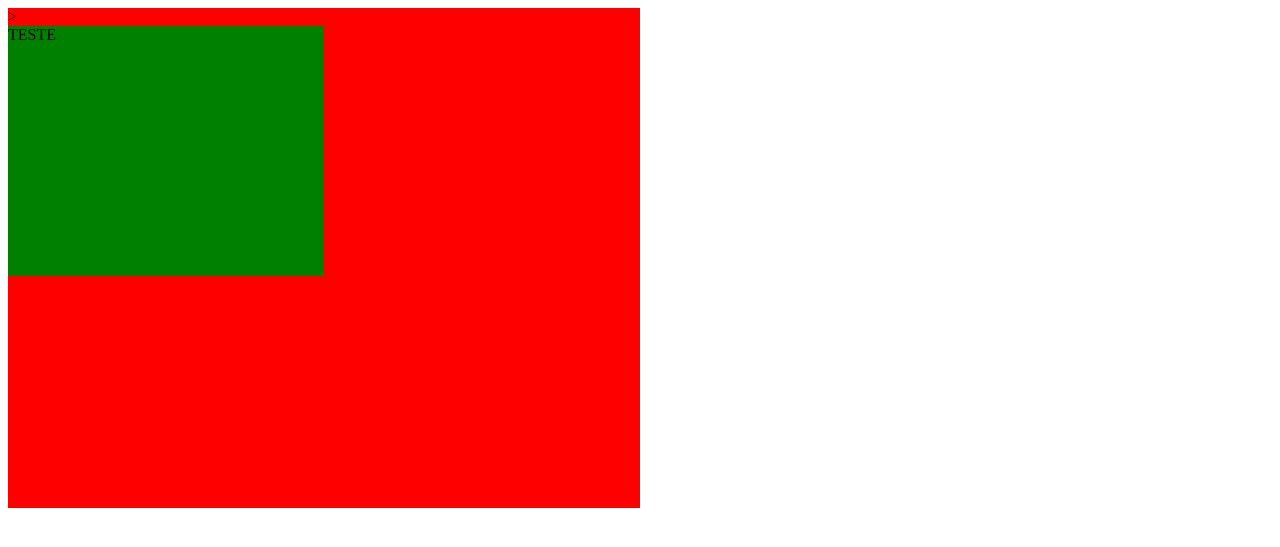
Repository: elourenco001/cursoweb
Page: css/linkcss.html
These files come from the project's save history. The page is drawn as it stood at one moment and after the next save; the edit follows.
The browser window is 1280 px wide. The pictures show the whole page.

Above is the page before, as saved 2023-01-26 17:22:48.

After the next save:
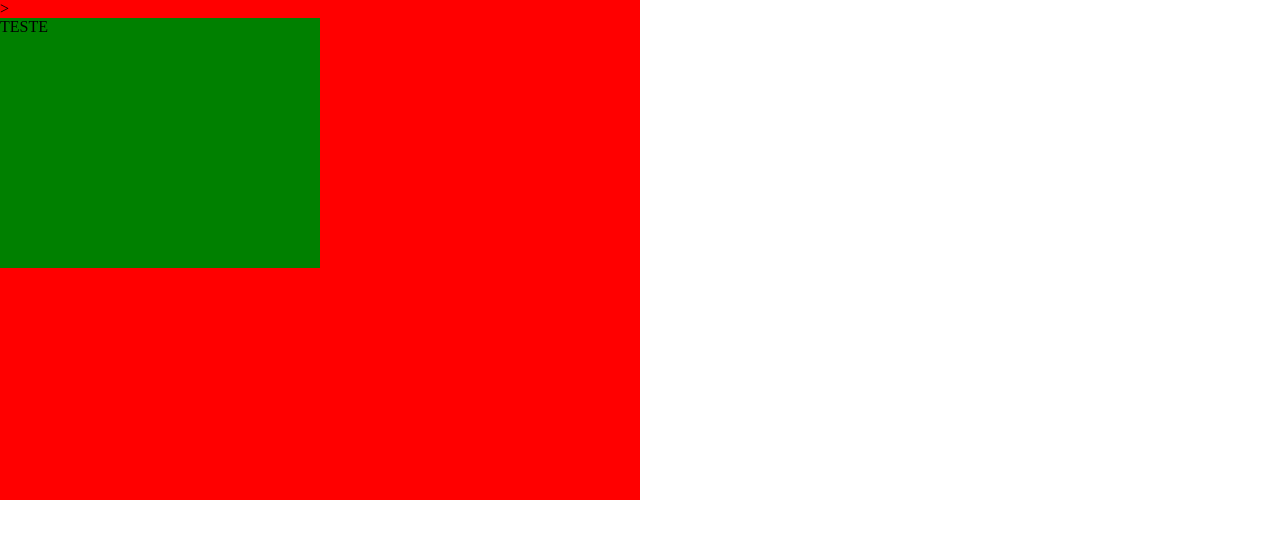
Saved 7 min 18 s later.
--- a/css/styles.css
+++ b/css/styles.css
@@ -1,3 +1,11 @@
+*   {
+    margin: 0;
+    padding: 0;
+    text-decoration: none;
+    }
+
+
+
 .pai {
     width: 50%; /*Largura*/
     height: 500px; /*Altura*/

After the save that followed:
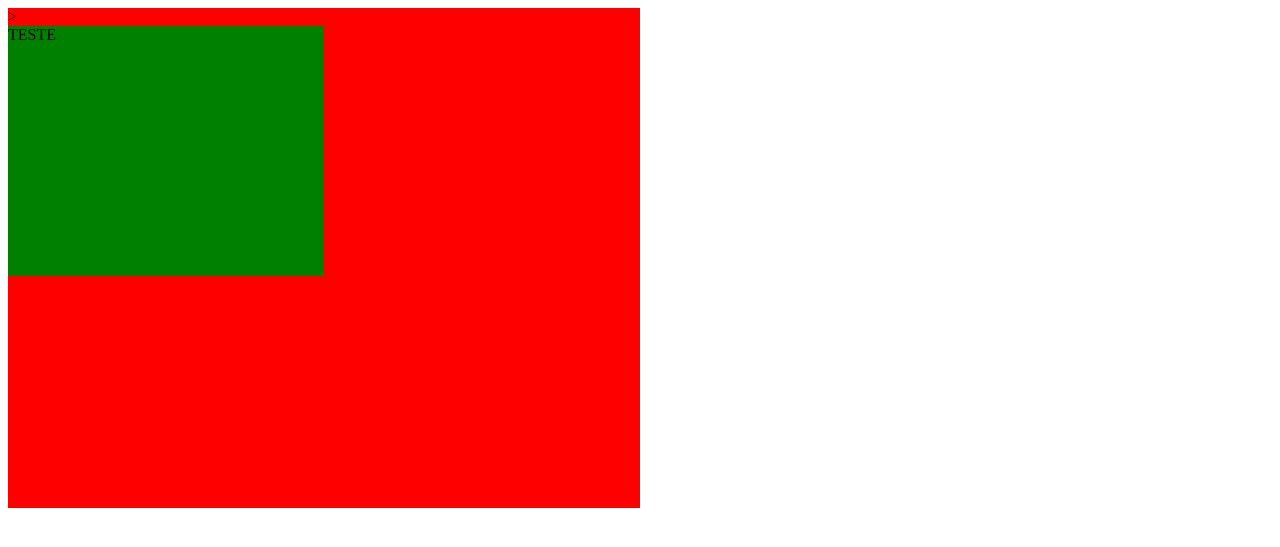
Saved 107 s later.
--- a/css/styles.css
+++ b/css/styles.css
@@ -1,6 +1,6 @@
 *   {
-    margin: 0;
-    padding: 0;
+    /*margin: 0; /*A propriedade margin do CSS define a área de margem nos quatro lados do elemento.*/
+    padding: 0; /*A propriedade padding define uma a distância entre o conteúdo de um elemento e suas bordas*/
     text-decoration: none;
     }
 
